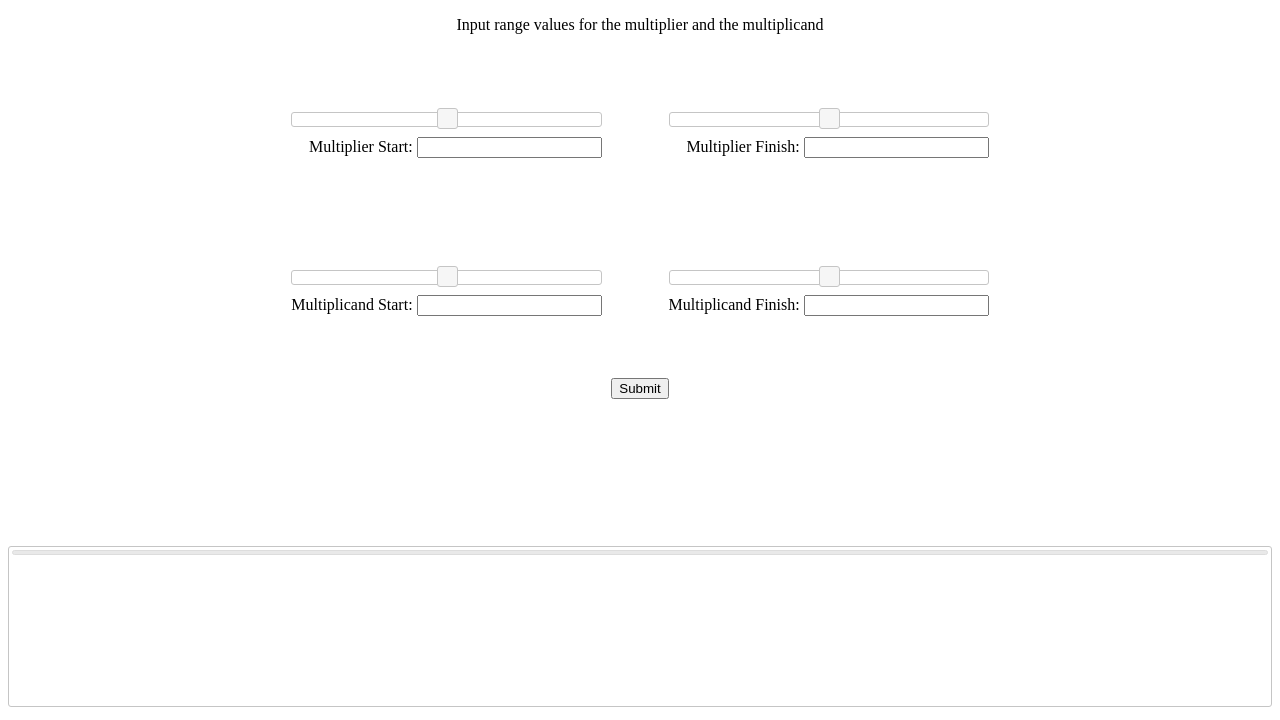
Repository: khrasna/HW4Part2
Page: index.html
These files come from the project's save history. The page is drawn as it stood at one moment and after the next save; the edit follows.
The browser window is 1280 px wide. The pictures show the whole page.
Some web libraries are served in a nearby version.

Above is the page before, as saved 2021-11-15 16:20:23.

### index.html
<!-- HTML file for Assignment 3
By Karsten Hrasna  email Karsten_Hrasna@student.uml.edu-->
<!DOCTYPE html>
<html>

<head>
    <title>Multiplication Table</title>
    <link rel="stylesheet" href="style.css">
    <script type="text/javascript" src="https://ajax.googleapis.com/ajax/libs/jquery/3.5.1/jquery.min.js"></script>
    <script type="text/javascript" src="dist/jquery.validate.min.js"></script>
    <script type="text/javascript" src="formvalidate.js"></script>
    <script type="text/javascript" src="https://ajax.googleapis.com/ajax/libs/jqueryui/1.11.4/jquery-ui.min.js"></script>
    <link rel="stylesheet" href="https://ajax.googleapis.com/ajax/libs/jqueryui/1.11.4/themes/smoothness/jquery-ui.css">
</head>

<body>
    <p>Input range values for the multiplier and the multiplicand</p>
    <div id="container">
        <!-- Learned from W3schools. Creates a form which takes number ranges for multiplier and multiplicand. -->

        <div id="tabs">
        <ul>

        </ul>
    </div>

        <form id="FormInput" action="javascript:void(0);" method="get"> <!--Learned about javascript:void(0) from Dutchie432 at https://stackoverflow.com/questions/1818249/form-with-no-action-and-where-enter-does-not-reload-page-->
            <table>
                <tr>

                    <td class="pad">
                        <div id="slider-1"></div>
                        Multiplier Start: <input input="text" name="MultiplierStart">
                    </td>

                    <td>
                        <div id="slider-2"></div>
                        Multiplier Finish: <input type="text" name="MultiplierFinish">
                    </td>
                </tr>
                <tr>
                    <td class="pad">
                        <div id="slider-3"></div>
                        Multiplicand Start: <input type="text" name="MultiplicandStart">
                    </td>

                    <td>
                        <div id="slider-4"></div>
                        Multiplicand Finish: <input type="text" name="MultiplicandFinish">
                    </td>
                </tr>
            </table>
            <input type="submit" value="Submit"> <!--goes directly under form and processes the input to create a mult table-->
        </form>
    </div>


</body>

</html>

### style.css
/*Created by Karsten Hrasna. email: Karsten_Hrasna@student.uml.edu*/
html,
body {
    height: 97%;
    text-align: center;
}

#slider-1,
#slider-2,
#slider-3,
#slider-4 {
    margin-bottom: 10px;
    margin-top: 10px;
}

div#container {
    display: grid;
    grid-template-columns: 100%;
    /* top row of grid holds the form for input, the rest of page holds the multiplication table*/
    grid-template-rows: auto;
    height: 97%;

}

#multTable {
    margin: auto;
    border-collapse: separate;
    border-spacing: 0;
    /*the dynamically sized multiplication table */
    margin-top: 0px;
    border-bottom: 0px;

}

input[type=submit] {
    /* submit button under form spaced here */
    margin-top: 10px;
    margin-bottom: 0px;
}

#multTable td,
th {
    border: solid;
    border-color: black;
    min-width: 70px;
    font-size: 30px;
    height: 70px;
}


#multTable th {
    position: sticky;
    top: 0px;
    border-right: solid;
    border-right-color: white;
    border-bottom: solid;
    border-bottom-color: white;
    background-color: black;
    color: white;

}

#multTable th:first-child {
    position: sticky;
    top: 70px;
    left: 0;
}


.sticky {
    position: fixed;
    top: 0px;
    /* get the headers to stay fixed on mult table */
    width: 100%;
}

#multTable tr:first-child th:first-child {
    border: none;
    background-color: white;
}

#multTable p.inputError {
    margin: 0px;
}

form {
    grid-row: 1;
    margin-bottom: 0px;
}

table {
    margin-left: auto;
    margin-right: auto;
}

form td {
    text-align: right;
    justify-content: right;
    padding: 50px;

    /*line up the input form textboxes*/
}

form p {
    margin: 0px;
}

td.pad {
    padding-right: 15px;
}

### formvalidate.js
$(function () {
    $("#tabs").tabs();

    $("#slider-1").slider({
        min: -50,                       //initialize the four sliders to set the values of their respective input boxes
        max: 50,
        slide: function (event, ui) {
            $('input[name="MultiplierStart"]').val(ui.value);
        }
    });
    $("#slider-2").slider({
        min: -50,
        max: 50,
        slide: function (event, ui) {
            $('input[name="MultiplierFinish"]').val(ui.value);
        }
    });
    $("#slider-3").slider({
        min: -50,
        max: 50,
        slide: function (event, ui) {
            $('input[name="MultiplicandStart"]').val(ui.value);
        }
    });
    $("#slider-4").slider({
        min: -50,
        max: 50,
        slide: function (event, ui) {
            $('input[name="MultiplicandFinish"]').val(ui.value);
        }
    });

    $('input[name="MultiplierStart"]').on('keyup', function () { //if the input boxes values are changed, set the slider to that value
        $("#slider-1").slider("option", "value", $('input[name="MultiplierStart"]').val());
    });

    $('input[name="MultiplierFinish"]').on('keyup', function () {
        $("#slider-2").slider("option", "value", $('input[name="MultiplierFinish"]').val());
    });

    $('input[name="MultiplicandStart"]').on('keyup', function () {
        $("#slider-3").slider("option", "value", $('input[name="MultiplicandStart"]').val());
    });

    $('input[name="MultiplicandFinish"]').on('keyup', function () {
        $("#slider-4").slider("option", "value", $('input[name="MultiplicandFinish"]').val());
    });


    $.validator.addMethod("less", function (value, element, params) {
        if (params[0].value == "") {
            return true; // dont want it to say that the start has to be greater than finish if no finish given. instead it will say to give finish value in other error
        } else {
            return this.optional(element) || +value <= +params[0].value;

        } //checks to make sure that the starts are less than the finishes, learned from
    });                                                           // https://jqueryvalidation.org/jQuery.validator.addMethod/

    var valid = $('input[value="Submit"]').on("click", function () {
        $("#multTable").remove();

        $("#FormInput").validate({
            onkeyup: false,     //this makes it so the validator doesnt update the error messages whenever new input is typed. only validates when submit is hit.
            onfocusout: false,  //learned about onkeyup, and onfocusout at https://www.sitepoint.com/jquery-validation-validate-form-submit/
            rules: {
                MultiplierStart: {
                    digits: true,
                    less: $('input[name="MultiplierFinish"]'),
                    required: true,
                    range: [-50, 50]
                },
                MultiplierFinish: {
                    required: true,
                    digits: true,
                    range: [-50, 50]
                },

                MultiplicandStart: {
                    digits: true,
                    less: $('input[name="MultiplicandFinish"]'),
                    required: true,
                    range: [-50, 50]
                },

                MultiplicandFinish: {
                    digits: true,
                    required: true,
                    range: [-50, 50]
                }
            },

            messages: {
                MultiplierStart: {
                    digits: "Multiplier Start must be a digit",
                    required: "Multiplier Start must be a digit between -50 and 50",
                    range: "The range of Multiplier Start must stay within -50 and 50",
                    less: "The value of Multiplier Start must be less than or equal to Multiplier Finish."
                },

                MultiplierFinish: {
                    digits: "Multiplier Finish must be a digit",
                    required: "Multiplier Finish must be a digit between -50 and 50",
                    range: "The range of Multiplier Finish must stay within -50 and 50",
                },

                MultiplicandStart: {
                    digits: "Multiplicand Start must be a digit",
                    required: "Multiplicand Start must be a digit between -50 and 50",
                    range: "The range of Multiplicand Start must stay within -50 and 50",
                    less: "The value of Multiplicand Start must be less than or equal to Multiplicand Finish."
                },

                MultiplicandFinish: {
                    digits: "Multiplicand Finish must be a digit",
                    required: "Multiplicand Finish must be a digit between -50 and 50",
                    range: "The range of Multiplicand Finish must stay within -50 and 50",
                }
            },

            errorPlacement: function (error, element) {
                $(error).appendTo($(('#FormInput')));
            },
            errorElement: "p"

        });

        if ($("#FormInput").valid()) {
            process();
        }

    });

});

function process() {
    debugger;
    var multStart = $('input[name="MultiplierStart"]').val();
    var multFinish = $('input[name="MultiplierFinish"]').val();
    var multiplicandStart = $('input[name="MultiplicandStart"]').val();
    var multiplicandFinish = $('input[name="MultiplicandFinish"]').val();

    if (document.getElementById("multTable")) { //remove old table
            var old = document.getElementById("multTable");
            old.remove();
    };

     //clear old table and create a table with size based on input given
    const rowVals = [];
    const colVals = []; //these will hold the values of the multiplier and multiplicand
    var rows = multFinish - multStart;
    var cols = multiplicandFinish - multiplicandStart;
    var tabs = $("#tabs ul li").length + 1; //number of tabs, learned from https://stackoverflow.com/questions/14702631/in-jquery-ui-1-9-how-do-you-create-new-tabs-dynamically
    for (var i = 0; i <= cols; i++) {
        colVals[i] = (+multiplicandStart + +i); //save the values of the numbers being multiplied
    }
    for (var i = 0; i <= rows; i++) {
        rowVals[i] = (+multStart + +i);
    }
    var table = createTable(rows, cols, rowVals, colVals); //create table based on total rows and cols, and top and left are the sets of multipliers and multiplicands
    table.id = "multTable";
    //adds list item to tab list with parameters as title
    $("#tabs ul").append("<li><a href='#tab" + tabs + "'>" + multStart + " " + multFinish + " " + multiplicandStart + " " + multiplicandFinish + "</a></li>");
    $("#tabs").append("<div id='tab" + tabs + "'>" + multStart + " " + multFinish + " " + multiplicandStart + " " + multiplicandFinish + "</div>");
    $("#tab" + tabs).appendTo(table);
    $("#tabs").tabs("refresh");

}

function createTable(rows, cols, rowVals, colVals) {
    var t = document.createElement('table');
    for (var x = 0; x <= rows + 1; x++) { // rows and cols + 1 to indicate ranges of numbers
        var r = document.createElement('tr');
        t.appendChild(r);
        for (var y = 0; y <= cols + 1; y++) {   //creates the cols of the table row by row
            if (y == 0) {
                var c = document.createElement('th'); //create and insert element based on position in table
                c.id = "topHeader";
                if (x != 0) {
                    c.innerHTML = rowVals[x - 1]; // - 1 because it is moved over 1 to the right
                }
            } else if (x == 0) {
                var c = document.createElement('th');
                if (y != 0) {
                    c.innerHTML = colVals[y - 1];
                }
            } else {
                var c = document.createElement('td');
                c.innerHTML = rowVals[x - 1] * colVals[y - 1];
                if (((y % 2) + (x % 2)) == 0 || ((y % 2) + (x % 2)) == 2) { // checker board effect
                    c.style.backgroundColor = "gray";
                }
            }
            r.appendChild(c);
        }
    }
    return t;
}

Loaded but not shown: dist/jquery.validate.min.js (library)

After the next save:
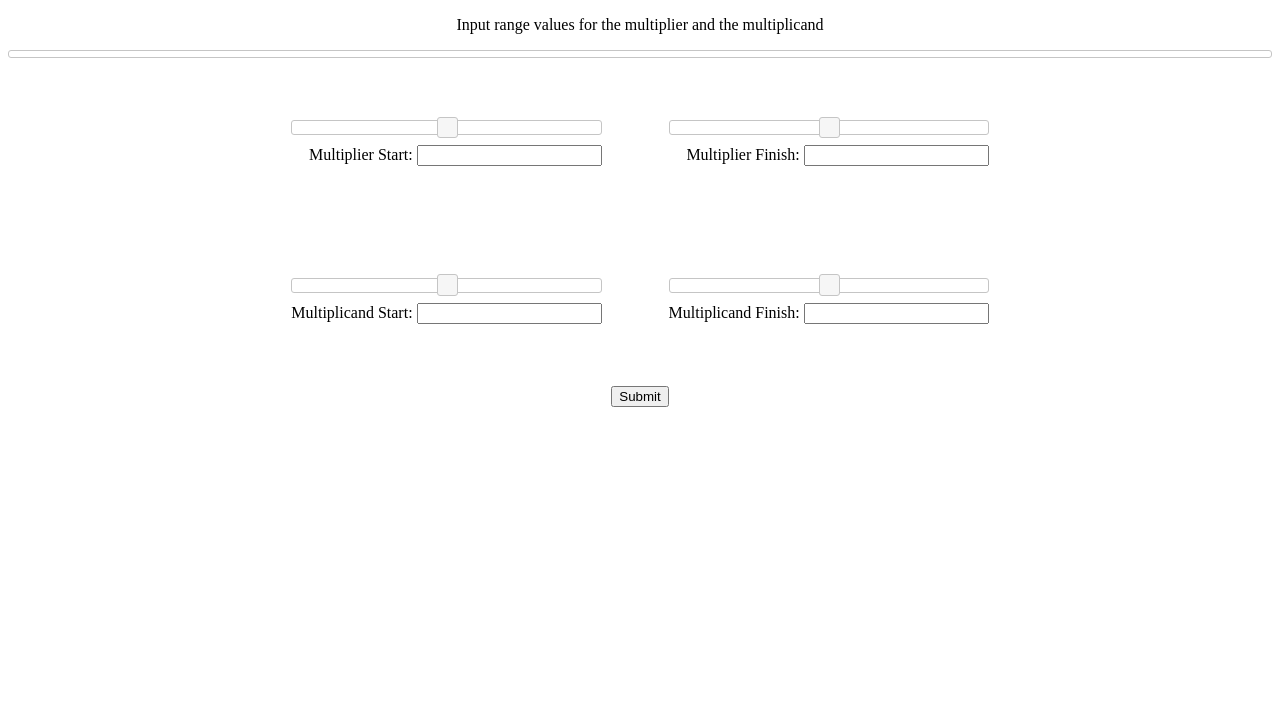
Saved 41 s later.
--- a/index.html
+++ b/index.html
@@ -15,14 +15,15 @@ By Karsten Hrasna  email Karsten_Hrasna@student.uml.edu-->
 
 <body>
     <p>Input range values for the multiplier and the multiplicand</p>
+    <div id="tabs"></div>
     <div id="container">
         <!-- Learned from W3schools. Creates a form which takes number ranges for multiplier and multiplicand. -->
 
-        <div id="tabs">
+
         <ul>
 
         </ul>
-    </div>
+
 
         <form id="FormInput" action="javascript:void(0);" method="get"> <!--Learned about javascript:void(0) from Dutchie432 at https://stackoverflow.com/questions/1818249/form-with-no-action-and-where-enter-does-not-reload-page-->
             <table>
@@ -53,6 +54,7 @@ By Karsten Hrasna  email Karsten_Hrasna@student.uml.edu-->
             <input type="submit" value="Submit"> <!--goes directly under form and processes the input to create a mult table-->
         </form>
     </div>
+    </div>
 
 
 </body>
